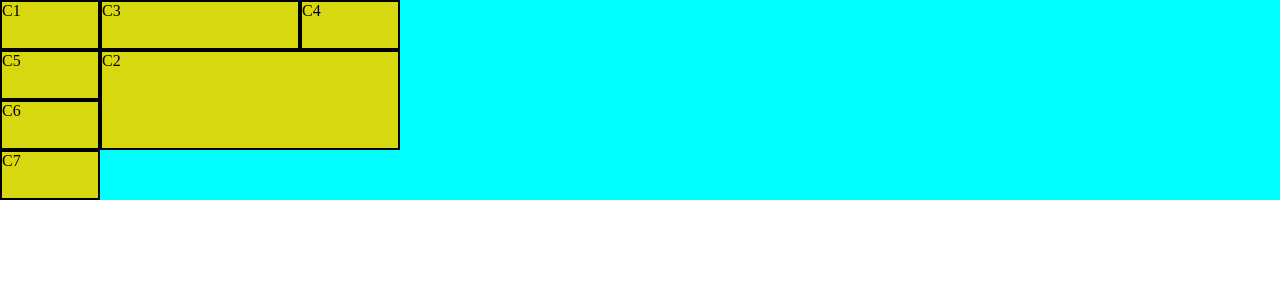
Repository: nepali2385/FUll-stack-practice
Page: Day5/Day5/grid.html
An editor plug-in stored every save of this project. The page is shown before and after the next save, followed by the edit.
The browser window is 1280 px wide. The pictures show the whole page.

Above is the page before, as saved 2024-08-27 15:24:39.

### Day5/Day5/grid.html
<!DOCTYPE html>
<html lang="en">
<head>
    <meta charset="UTF-8">
    <meta name="viewport" content="width=device-width, initial-scale=1.0">
    <title>Document</title>
    <link rel="stylesheet" href="grid.css">
</head>
<body>
    <div class="area">
        <div class="card">C1</div>
        <div class="card c2">C2</div>
        <div class="card">C3</div>
        <div class="card">C4</div>
        <div class="card">C5</div>
        <div class="card">C6</div>
        <div class="card">C7</div>



    </div>
</body>
</html>

### Day5/Day5/grid.css
*{
    padding:0;
    margin: 0;
    box-sizing:border-box;

}
.area{

    display:grid;
    grid-template-columns: 100px 200px 100px;
    grid-template-columns: ;
    grid-auto-rows: 50px;
    background-color: aqua;
    /* justify-content:center;
    justify-items: center;
    align-items: center;
    align-content:center;1fr 2fr 5fr;
    row-gap: 20px;
    height: 400px;
    column-gap: 10px; */
}
.card{
    background-color: rgb(216, 216, 16);
    border:2px solid black;
}
.c2{
    grid-row-start: 2;
    grid-row-end: 4;
    grid-column-start: 2;
    grid-column-end: 4;
}

After the next save:
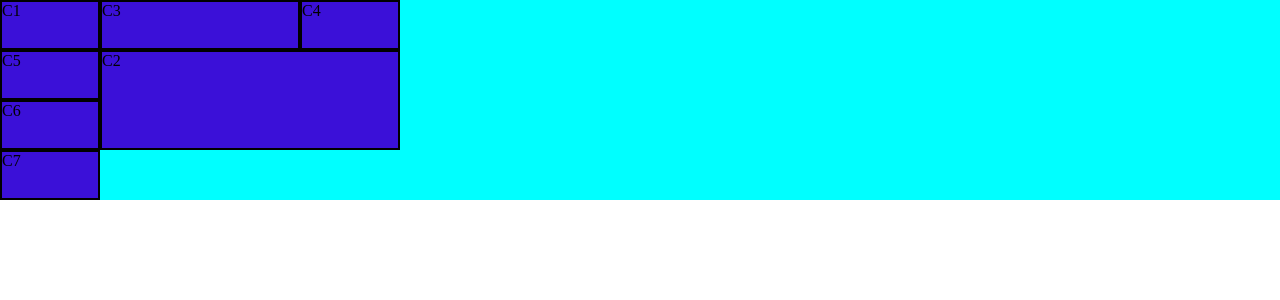
Saved 17 s later.
--- a/Day5/Day5/grid.css
+++ b/Day5/Day5/grid.css
@@ -20,7 +20,7 @@
     column-gap: 10px; */
 }
 .card{
-    background-color: rgb(216, 216, 16);
+    background-color: rgb(59, 16, 216);
     border:2px solid black;
 }
 .c2{
